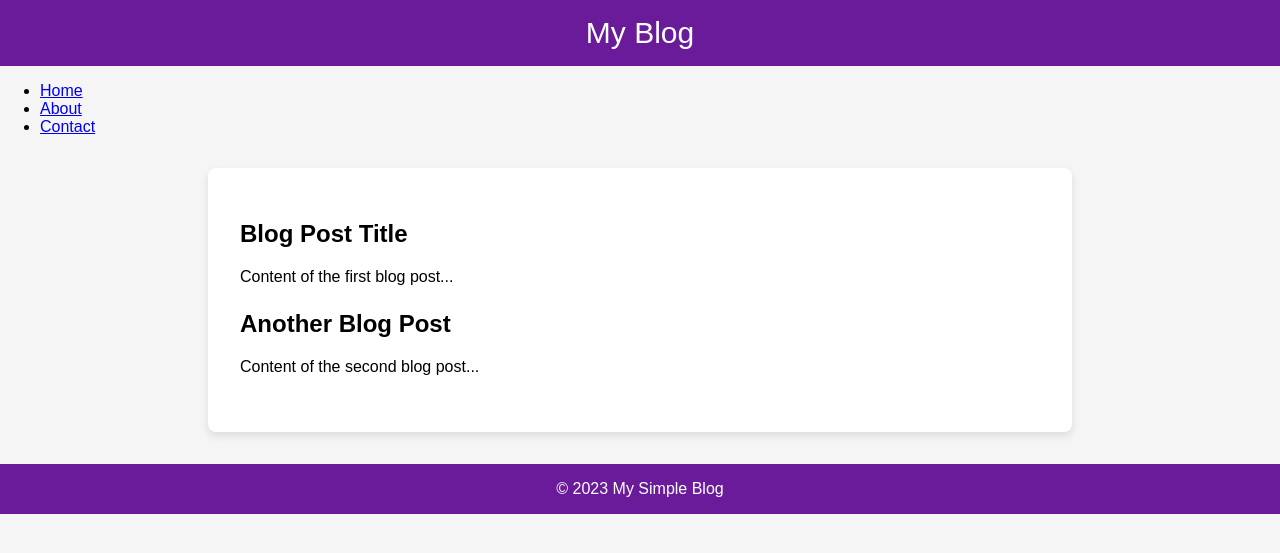
Repository: Femi007-gh/BLOG
Page: index.html
An editor plug-in stored every save of this project. The page is shown before and after a run of saves, followed by the edit.
The browser window is 1280 px wide. The pictures show the whole page.

Above is the page before, as saved 2025-01-08 09:26:47.

### index.html
<html>
  <head>
    <title>My Blog</title>
    <link rel="stylesheet" href="style.css">
  </head>
  <body>
    <header>My Blog</header>
    <nav>
      <ul>
        <li><a href="#">Home</a></li>
        <li><a href="#">About</a></li>
        <li><a href="#">Contact</a></li>
      </ul>
    </nav>
    <div class="container">
      <div class="blog-post">
        <h2>Blog Post Title</h2>
        <p>Content of the first blog post...</p>
      </div>
      <div class="blog-post">
        <h2>Another Blog Post</h2>
        <p>Content of the second blog post...</p>
      </div>
    </div>
    <footer>
      &copy; 2023 My Simple Blog
    </footer>
  </body>
  </html>

### style.css
body {
  margin: 0;
  font-family: Arial;
  background-color: #f5f5f5;
}

header {
  background-color: #6a1b9a;
  color: white;
  text-align: center;
  padding: 1rem;
  font-size: 30px;
}

nav {


}




.container {
  margin: 2rem auto;
  max-width: 800px;
  background-color: white;
  border-radius: 8px;
  padding: 2rem;
  box-shadow: 0 4px 8px rgba(0, 0, 0, 0.1);
}

.blog-post {
  margin-bottom: 1.5rem;
}

footer {
  background-color: #6a1b9a;
  color: white;
  text-align: center;
  padding: 1rem 0;
  margin-top: 2rem;
}

After the next 2 saves:
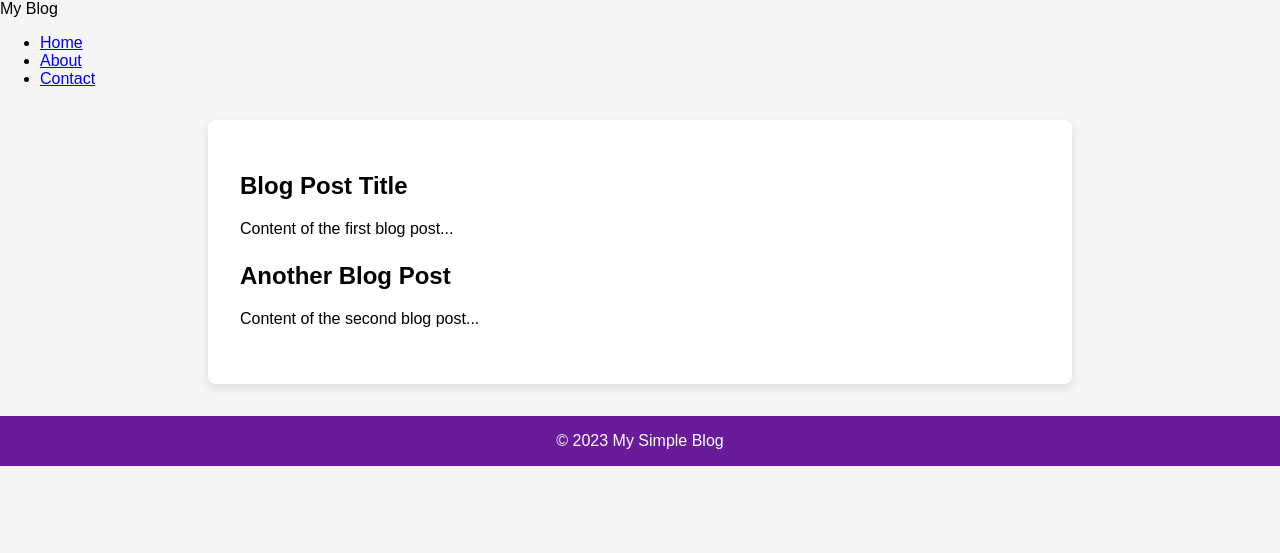
The 2 saves are shown as one change because they came seconds apart.
The last was saved 8 s later.
--- a/style.css
+++ b/style.css
@@ -4,8 +4,7 @@ body {
   background-color: #f5f5f5;
 }
 
-header {
-  background-color: #6a1b9a;
+
   color: white;
   text-align: center;
   padding: 1rem;
